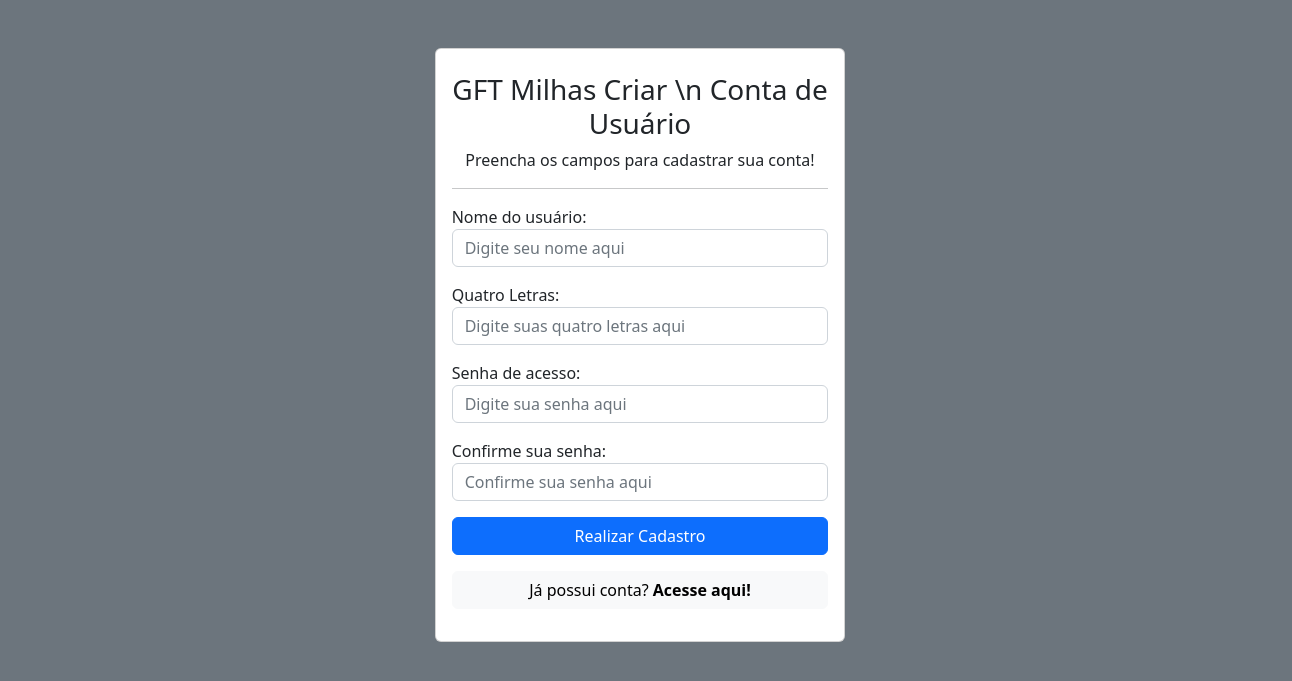
Repository: thamaraamaral/desafio_mvc1
Page: http://localhost/projeto-milhas/WEB-INF/views/register.jsp
The author's editor kept a copy of each file at every save. The page is drawn from the files as they stood at one save, then again after the next save.
The browser window is 1280 px wide. The page is 1292 px wide, so the pictures cover 1292 px, including what lies to the right of the window. The pictures show the whole page.
The page is served by Tomcat 9. Nobody is signed in. Other server files are loaded and not shown. The template is opened directly, without the code that normally fills it, so the values that code supplies are empty.

Above is the page before, as saved 2022-10-27 14:15:45.

### projeto-milhas/src/main/webapp/WEB-INF/views/register.jsp
<%@ page language="java" contentType="text/html; charset=UTF-8"
	pageEncoding="UTF-8"%>
<!DOCTYPE html>
<html>
<head>
<meta charset="UTF-8">
<title>GFT Milhas</title>

<!-- CSS only -->
<link
	href="https://cdn.jsdelivr.net/npm/bootstrap@5.2.2/dist/css/bootstrap.min.css"
	rel="stylesheet">
</head>
<body class="bg-secondary">

	<div class="row">
		<div class="col-md-4 offset-md-4">
			<div class="card mt-5">
				<div class="card-body">

					<div class="text-center">

						<h3 class="mt-2">GFT Milhas Criar \n Conta de Usuário</h3>
						<p>Preencha os campos para cadastrar sua conta!</p>
						<hr />
					</div>

					<form action="">

						<div class="mb-3">
							<label>Nome do usuário:</label> <input type="text"
								class="form-control" placeholder="Digite seu nome aqui">
						</div>

						<div class="mb-3">
							<label>Quatro Letras:</label> <input type="text"
								class="form-control" placeholder="Digite suas quatro letras aqui">
						</div>

						<div class="mb-3">
							<label>Senha de acesso:</label> <input type="password"
								class="form-control" placeholder="Digite sua senha aqui">
						</div>

												<div class="mb-3">
							<label>Confirme sua senha:</label> <input type="password"
								class="form-control" placeholder="Confirme sua senha aqui">
						</div>

						<div class="mb-3">
							<div class="d-grid">
								<input type="submit" value="Realizar Cadastro"
									class="btn btn-primary" />
							</div>
						</div>

						<div class="mb-3">
							<div class="d-grid">
								<a href="/projeto-milhas/" class="btn btn-light">
									Já possui conta? <strong>Acesse aqui!</strong></a>
							</div>
						</div>
					</form>
				</div>
			</div>
		</div>
	</div>
	<!-- JavaScript Bundle with Popper -->
	<script
		src="https://cdn.jsdelivr.net/npm/bootstrap@5.2.2/dist/js/bootstrap.bundle.min.js"></script>
</body>
</html>

After the next save:
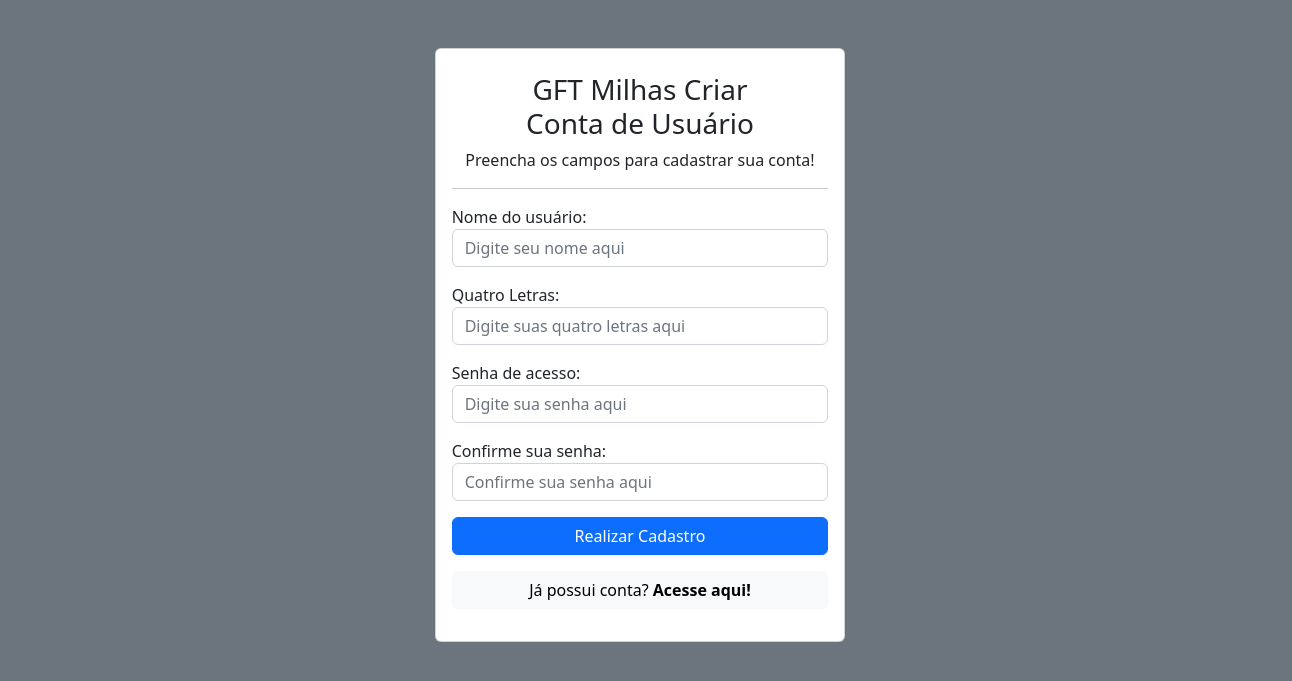
Saved 11 s later.
--- a/projeto-milhas/src/main/webapp/WEB-INF/views/register.jsp
+++ b/projeto-milhas/src/main/webapp/WEB-INF/views/register.jsp
@@ -20,7 +20,7 @@
 
 					<div class="text-center">
 
-						<h3 class="mt-2">GFT Milhas Criar \n Conta de Usuário</h3>
+						<h3 class="mt-2">GFT Milhas Criar <br>Conta de Usuário</h3>
 						<p>Preencha os campos para cadastrar sua conta!</p>
 						<hr />
 					</div>
